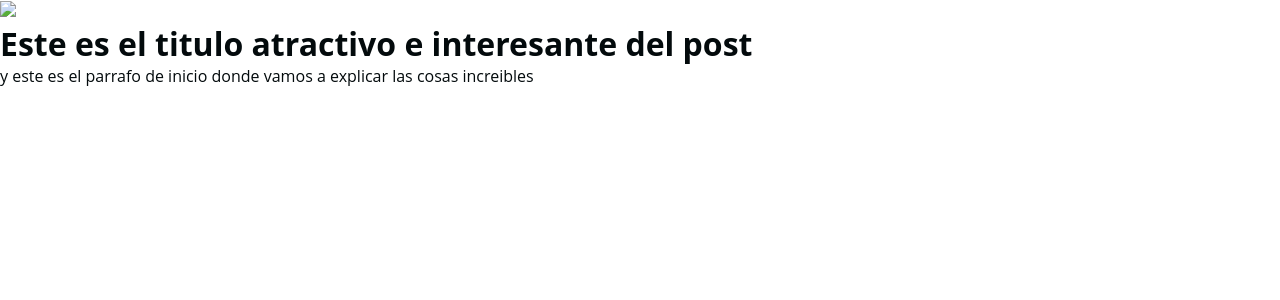
Repository: tatianasuxo/FN-prodct-card-component
Page: proyects/git-ejemplo/projects/git-ejemplo/index.html
An editor plug-in stored every save of this project. The page is shown before and after the next save, followed by the edit.
The browser window is 1280 px wide. The pictures show the whole page.

Above is the page before, as saved 2023-03-01 16:55:23.
Not found: proyects/git-ejemplo/projects/git-ejemplo/descargas/logo.jpg

### proyects/git-ejemplo/projects/git-ejemplo/index.html
<!DOCTYPE html>
<html lang="en">
<head>
    <meta charset="UTF-8">
    <meta http-equiv="X-UA-Compatible"
    content="IE=edge">
    <meta name="viewport"
    content="width=device-width,
    initial-scale=1.0">
    <link rel="stylesheet" href="./styles.css">
    <title>El titulo del post</title>
</head>
<body>
    <div id="container">
        <divid id="cabecera">
            <img id="logo" src="descargas/logo.jpg">
        <div id="post">
            <h1>Este es el titulo atractivo e interesante del post</h1>
            <p>y este es el parrafo de inicio donde vamos a explicar las cosas increibles</p>

        </div>

    </div>
</body>
</html

### ejemplo1/styles.css
* {
    margin: 0;
    padding: 0;
    box-sizing: border-box;
}

body {
    font-family: 'open sans';
    color: #030a0c;
}

.contenedor {
    padding: 60px 0;
    width: 90%;
    max-width: 1000px;
    margin: auto;
    overflow: hidden;
}

.titulo {
    color: #7fa9c5;
    font-size: 30px;
    text-align: center;
    margin-bottom: 60px;
}

/* Header */

header {
    width: 100%;
    height: 600px;
    background: #71e1f5;

    background-size: cover;
    background-attachment: fixed;
    position: relative;
}





header .textos-header{
    display: flex;
    height: 430px;
    width: 100%;
    align-items: center;
    justify-content: center;
    flex-direction: column;
    text-align: center;
}

After the next save:
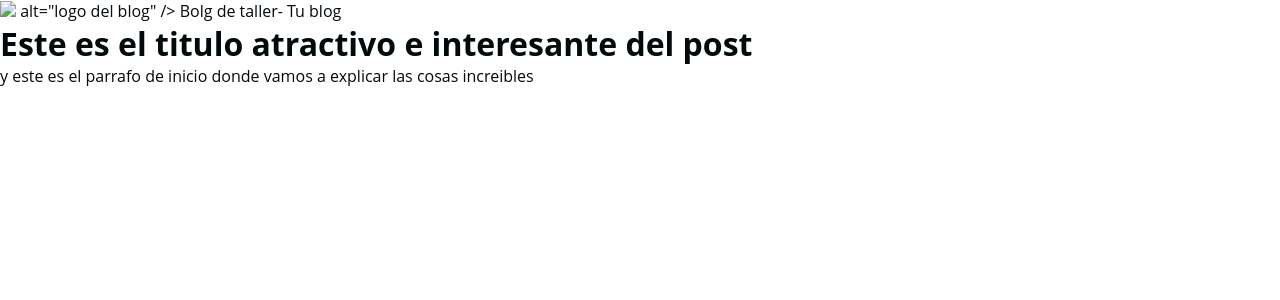
Saved 2 min 11 s later.
--- a/proyects/git-ejemplo/projects/git-ejemplo/index.html
+++ b/proyects/git-ejemplo/projects/git-ejemplo/index.html
@@ -14,6 +14,8 @@
     <div id="container">
         <divid id="cabecera">
             <img id="logo" src="descargas/logo.jpg">
+            alt="logo del blog" />
+            <span id="tagline">Bolg de taller- Tu blog</span>
         <div id="post">
             <h1>Este es el titulo atractivo e interesante del post</h1>
             <p>y este es el parrafo de inicio donde vamos a explicar las cosas increibles</p>
